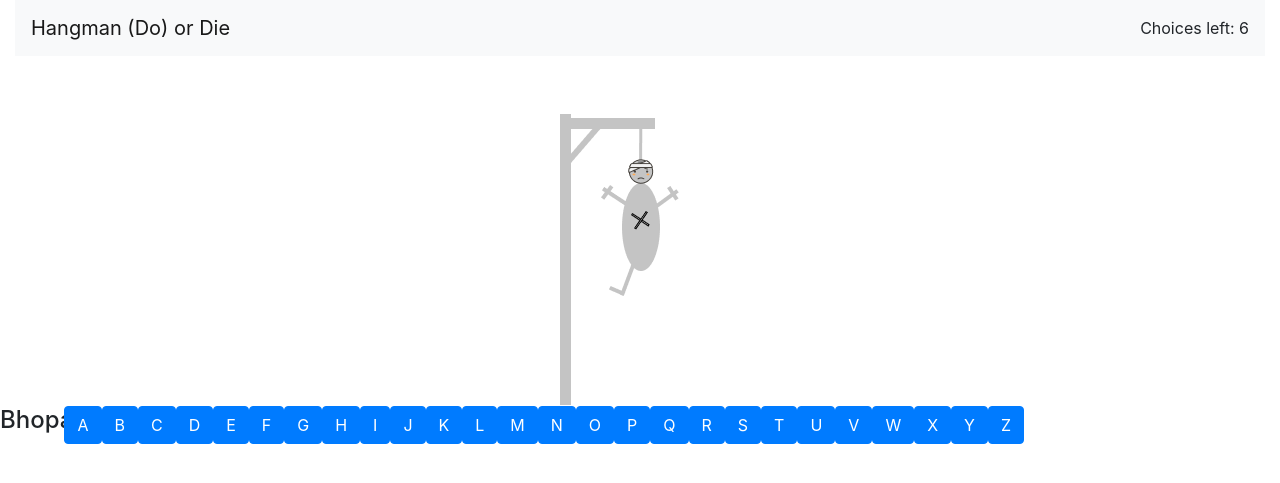
Repository: jatinhchanchlani/hangman
Page: /
An editor plug-in stored every save of this project. The page is shown before and after the next save, followed by the edit.
The browser window is 1280 px wide. The pictures show the whole page.
The project was rebuilt for these pictures with package versions that can differ from the ones it lists, and the page was loaded fresh each time. Also part of the build but not shown: src/App.css.

Above is the page before, as saved 2020-10-24 15:54:37.

After the next save:
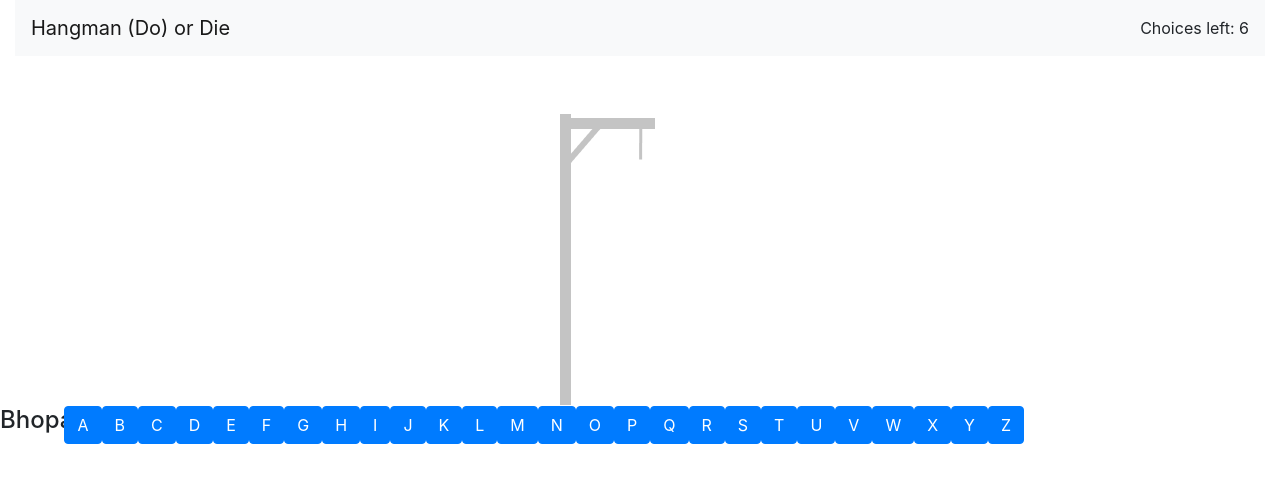
Saved 4 s later.
--- a/src/components/image.jsx
+++ b/src/components/image.jsx
@@ -3,7 +3,7 @@ import React, { Component } from "react";
 class Image extends Component {
   render() {
     const { choicesLeft, maxChoices } = this.props;
-    const imagePath = maxChoices - 1 + ".jpg";
+    const imagePath = maxChoices - choicesLeft + ".jpg";
     return (
       <img
         className="card-image image-fluid"
